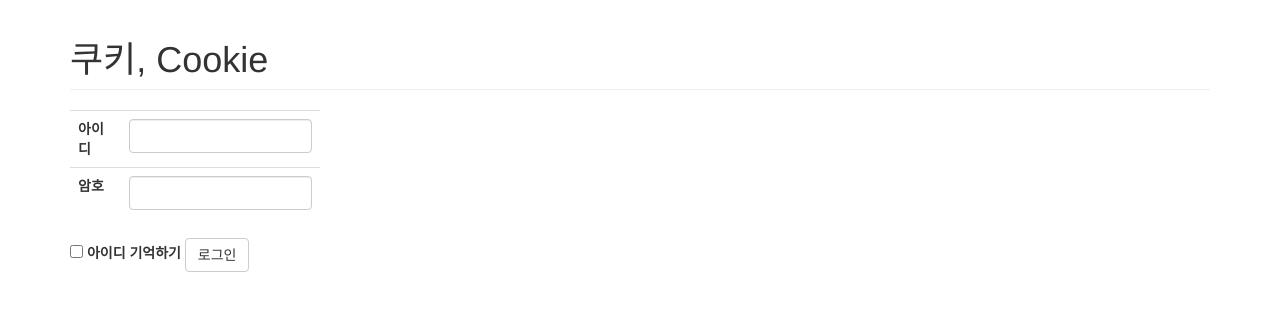
Repository: kimgyuseok/Server
Page: http://localhost/JSPTest/ex14_cookie.jsp
The author's editor kept a copy of each file at every save. The page is drawn from the files as they stood at one save, then again after the next save.
The browser window is 1280 px wide. The pictures show the whole page.
The page is served by Tomcat 9.

Above is the page before, as saved 2022-01-07 06:38:41.

After the next save:
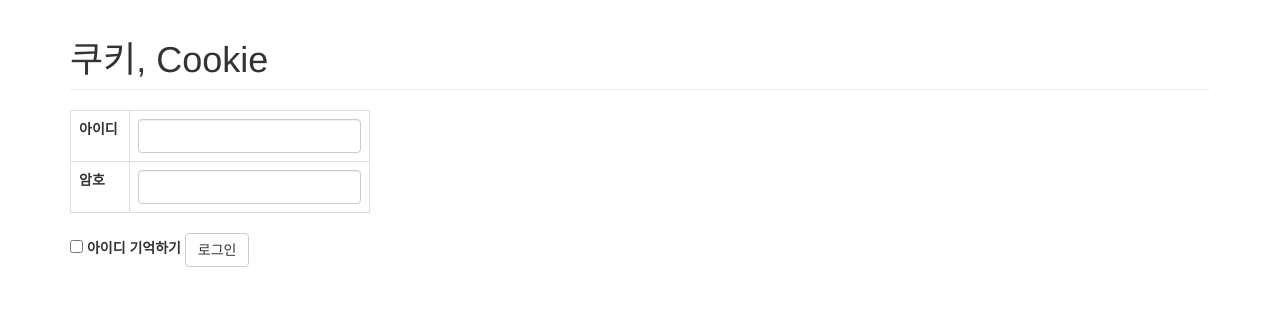
Saved 10 s later.
--- a/JSPTest/src/main/webapp/ex14_cookie.jsp
+++ b/JSPTest/src/main/webapp/ex14_cookie.jsp
@@ -20,7 +20,7 @@
 	<div class="container">
 		<h1 class="page-header">쿠키, Cookie<small></small></h1>
 
-			<table class="table table-borderd" style="width: 250px">
+			<table class="table table-bordered" style="width: 300px">
          <tr>
             <th>아이디</th>
             <td><input type="text" id="txtid" class="form-control"></td>
